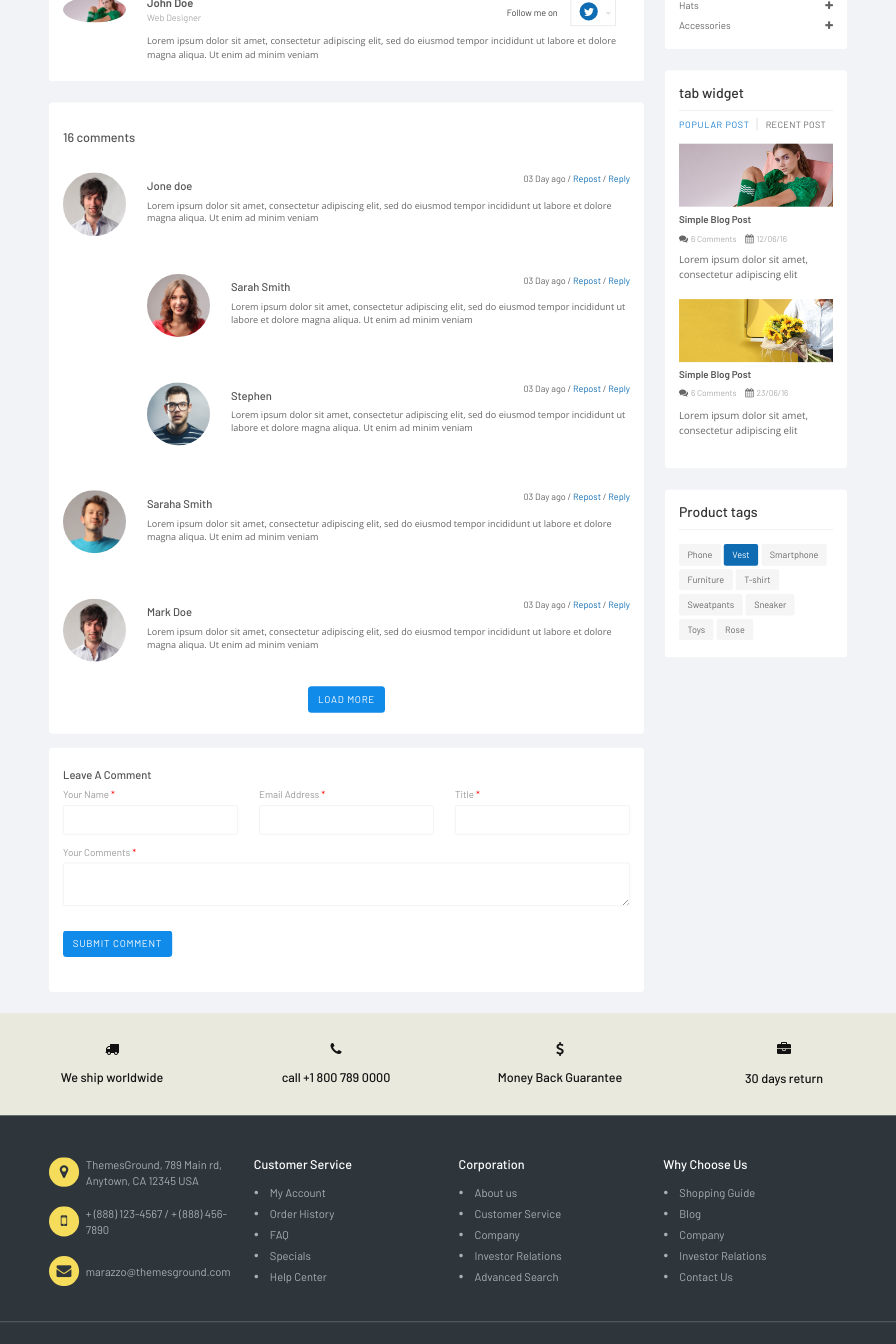
Repository: ztarikul/Laravel_e_commerce
Page: resources/views/posts/blog_details.blade.php
An editor plug-in stored every save of this project. The page is shown before and after the next save, followed by the edit.
The browser window is 1280 px wide. The pictures show the part of the page from y = 826 to 2746 px (the page is 2825 px tall before and 2338 px after), at 70% of full size.
The page is served by the project's Laravel application, run on PHP 8.4 with Laravel 8. The template is opened directly, without the code that normally fills it, so the values that code supplies are empty.

Above is the page before, as saved 2021-07-30 01:40:54.

After the next save:
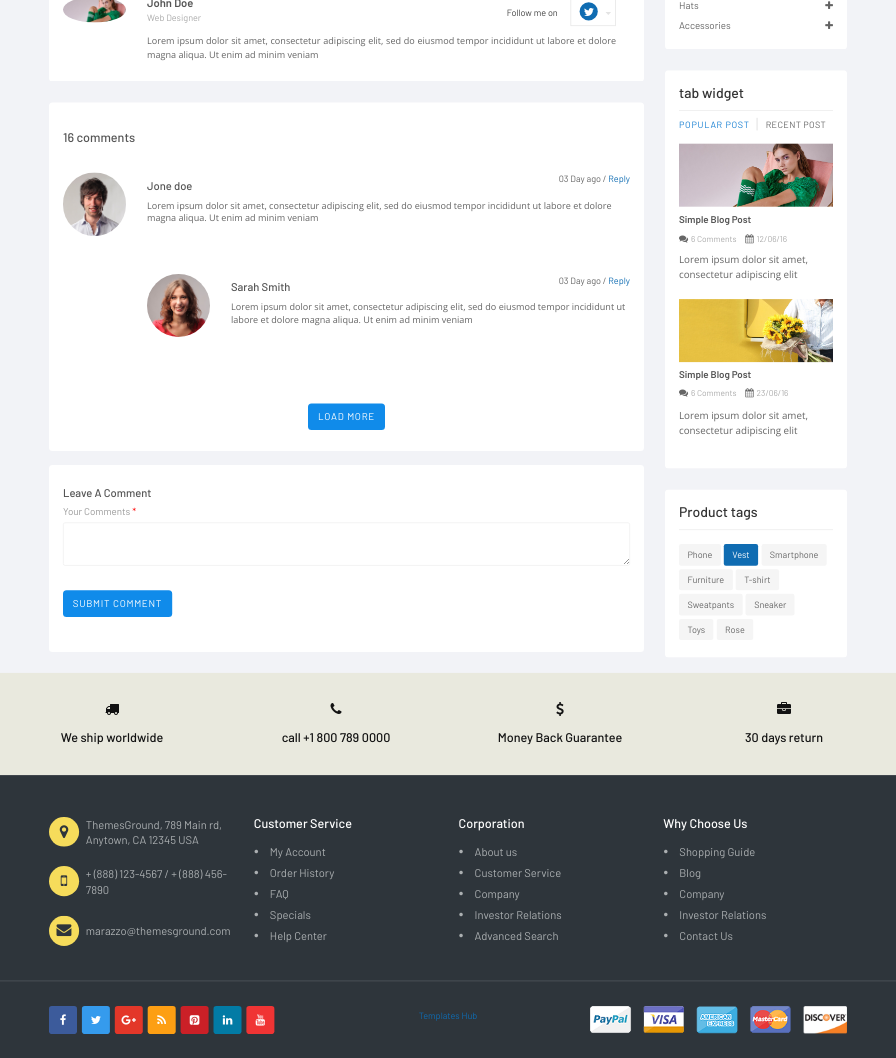
Saved 4 min 14 s later.
--- a/e_com/resources/views/posts/blog_details.blade.php
+++ b/e_com/resources/views/posts/blog_details.blade.php
@@ -65,14 +65,14 @@
 			<h3 class="title-review-comments">16 comments</h3>
 		</div>
 		<div class="col-md-2 col-sm-2">
-			<img src="assets/images/testimonials/member1.png" alt="Responsive image" class="img-rounded img-responsive">
-		</div>
-		<div class="col-md-10 col-sm-10 blog-comments outer-bottom-xs">
+			<img src="{{asset('images/testimonials/member1.png')}}" alt="Responsive image" class="img-rounded img-responsive">
+		</div>
+		<div id="abcd"class="col-md-10 col-sm-10 blog-comments outer-bottom-xs">
 			<div class="blog-comments inner-bottom-xs">
 				<h4>Jone doe</h4>
 				<span class="review-action pull-right">
 					03 Day ago &sol;
-					<a href="#"> Repost</a> &sol;
+
 					<a href="#"> Reply</a>
 				</span>
 				<p>Lorem ipsum dolor sit amet, consectetur adipiscing elit, sed do eiusmod tempor incididunt ut labore et dolore magna aliqua. Ut enim ad minim veniam</p>
@@ -80,64 +80,25 @@
 			<div class="blog-comments-responce outer-top-xs ">
 				<div class="row">
 					<div class="col-md-2 col-sm-2">
-						<img src="assets/images/testimonials/member2.png" alt="Responsive image" class="img-rounded img-responsive">
+						<img src="{{asset('images/testimonials/member2.png')}}" alt="Responsive image" class="img-rounded img-responsive">
 					</div>
 					<div class="col-md-10 col-sm-10 outer-bottom-xs">
 						<div class="blog-sub-comments inner-bottom-xs">
 							<h4>Sarah Smith</h4>
 							<span class="review-action pull-right">
 								03 Day ago &sol;
-								<a href="#"> Repost</a> &sol;
+
 								<a href="#"> Reply</a>
 							</span>
 							<p>Lorem ipsum dolor sit amet, consectetur adipiscing elit, sed do eiusmod tempor incididunt ut labore et dolore magna aliqua. Ut enim ad minim veniam</p>
 						</div>
 					</div>
-					<div class="col-md-2 col-sm-2">
-						<img src="assets/images/testimonials/member3.png" alt="Responsive image" class="img-rounded img-responsive">
-					</div>
-					<div class="col-md-10 col-sm-10">
-						<div class=" inner-bottom-xs">
-							<h4>Stephen</h4>
-							<span class="review-action pull-right">
-								03 Day ago &sol;
-								<a href="#"> Repost</a> &sol;
-								<a href="#"> Reply</a>
-							</span>
-							<p>Lorem ipsum dolor sit amet, consectetur adipiscing elit, sed do eiusmod tempor incididunt ut labore et dolore magna aliqua. Ut enim ad minim veniam</p>
-						</div>
-					</div>
+
 				</div>
 			</div>
 		</div>
-		<div class="col-md-2 col-sm-2">
-			<img src="assets/images/testimonials/member4.png" alt="Responsive image" class="img-rounded img-responsive">
-		</div>
-		<div class="col-md-10 col-sm-10">
-			<div class="blog-comments inner-bottom-xs outer-bottom-xs">
-				<h4>Saraha Smith</h4>
-				<span class="review-action pull-right">
-					03 Day ago &sol;
-					<a href="#"> Repost</a> &sol;
-					<a href="#"> Reply</a>
-				</span>
-				<p>Lorem ipsum dolor sit amet, consectetur adipiscing elit, sed do eiusmod tempor incididunt ut labore et dolore magna aliqua. Ut enim ad minim veniam</p>
-			</div>
-		</div>
-		<div class="col-md-2 col-sm-2">
-			<img src="assets/images/testimonials/member1.png" alt="Responsive image" class="img-rounded img-responsive">
-		</div>
-		<div class="col-md-10 col-sm-10">
-			<div class="blog-comment inner-bottom-xs">
-				<h4>Mark Doe</h4>
-				<span class="review-action pull-right">
-					03 Day ago &sol;
-					<a href="#"> Repost</a> &sol;
-					<a href="#"> Reply</a>
-				</span>
-				<p>Lorem ipsum dolor sit amet, consectetur adipiscing elit, sed do eiusmod tempor incididunt ut labore et dolore magna aliqua. Ut enim ad minim veniam</p>
-			</div>
-		</div>
+
+
 		<div class="post-load-more col-md-12"><a class="btn btn-upper btn-primary" href="#">Load more</a></div>
 	</div>
 </div>					<div class="blog-write-comment outer-bottom-xs outer-top-xs">
@@ -145,30 +106,7 @@
 		<div class="col-md-12">
 			<h4>Leave A Comment</h4>
 		</div>
-		<div class="col-md-4">
-			<form class="register-form" role="form">
-				<div class="form-group">
-			    <label class="info-title" for="exampleInputName">Your Name <span>*</span></label>
-			    <input type="email" class="form-control unicase-form-control text-input" id="exampleInputName" placeholder="">
-			  </div>
-			</form>
-		</div>
-		<div class="col-md-4">
-			<form class="register-form" role="form">
-				<div class="form-group">
-			    <label class="info-title" for="exampleInputEmail1">Email Address <span>*</span></label>
-			    <input type="email" class="form-control unicase-form-control text-input" id="exampleInputEmail1" placeholder="">
-			  </div>
-			</form>
-		</div>
-		<div class="col-md-4">
-			<form class="register-form" role="form">
-				<div class="form-group">
-			    <label class="info-title" for="exampleInputTitle">Title <span>*</span></label>
-			    <input type="email" class="form-control unicase-form-control text-input" id="exampleInputTitle" placeholder="">
-			  </div>
-			</form>
-		</div>
+
 		<div class="col-md-12">
 			<form class="register-form" role="form">
 				<div class="form-group">
